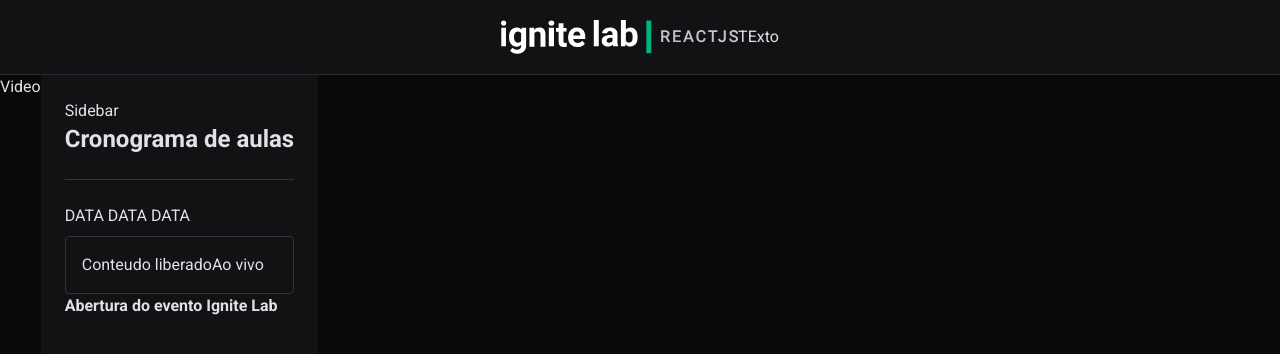
Repository: weltergab/Event_Plataform-IgniteLab
Page: /
An editor plug-in stored every save of this project. The page is shown before and after the next save, followed by the edit.
The browser window is 1280 px wide. The pictures show the whole page.
The page's requests for data from a server got no answer. The project was rebuilt for these pictures with package versions that can differ from the ones it lists, and the page was loaded fresh each time. No one was signed in, and anything a server would have sent is missing. Also part of the build but not shown: vite.config.ts.

Above is the page before, as saved 2022-06-24 16:54:09.

### index.html
<!DOCTYPE html>
<html lang="en">

<head>
  <meta charset="UTF-8" />
  <link rel="icon" type="image/svg+xml" href="/src/favicon.svg" />
  <meta name="viewport" content="width=device-width, initial-scale=1.0" />

  <link rel="preconnect" href="https://fonts.googleapis.com" />
  <link rel="preconnect" href="https://fonts.gstatic.com" crossorigin />
  <link href="https://fonts.googleapis.com/css2?family=Roboto:wght@400;500;700&display=swap" rel="stylesheet" />

  <title>Event Plataform</title>
</head>

<body>
  <div id="root"></div>
  <script type="module" src="/src/main.tsx"></script>
</body>

</html>

### src/main.tsx
import { ApolloProvider } from '@apollo/client'
import React from 'react'
import ReactDOM from 'react-dom/client'
import App from './App'
import { client } from './lib/apollo';

import './styles/global.css'

ReactDOM.createRoot(document.getElementById('root')!).render(
  <ApolloProvider client={client}>
    <React.StrictMode>
    <App />
    </React.StrictMode>
  </ApolloProvider>

)

### src/App.tsx
import { gql, useQuery } from '@apollo/client'
import { useState } from 'react'

import { Event } from './pages/Event'


const GET_LESSONS_QUERY = gql`
  query {
    lessons {
      id
      title
    }

  }
`




function App() {
  const { data } = useQuery(GET_LESSONS_QUERY)

  console.log(data);





  const [count, setCount] = useState(0)

  return (
    <div className="All">
      <Event />
    </div>

  )
}

export default App

### src/lib/apollo.ts
import { ApolloClient, InMemoryCache } from "@apollo/client";

export const client = new ApolloClient({
    uri: 'https://api-sa-east-1.graphcms.com/v2/cl4pywx0h2kp101xtf4npbpzl/master',
    cache: new InMemoryCache()
})

### src/pages/Event.tsx
import { Header } from "../components/Header";
import { Sidebar } from "../components/Sidebar";
import { Video } from "../components/Video";

export function Event() {
    return (
        <div className="flex flex-col min-h-screen">
            <Header />
            <main className="flex flex-1">
                <Video />
                <Sidebar />
            </main>
        </div>
    )
}

### src/components/Header.tsx
import { Logo } from "./Logo";

export function Header(){
    return (
        <header className="w-full py-5 flex items-center justify-center bg-gray-700 border-b border-gray-600">
            <Logo />
            TExto
        </header>
    )
}

### src/components/Sidebar.tsx
import { Lesson } from "./Lesson";

export function Sidebar() {
    return (
        <aside className="w-[348] bg-gray-700 p-6 border-1 border-gray-600">
            <h1>Sidebar</h1>
            <span className="font-bold text-2xl pb-6 mb-6 border-b border-gray-500 block">
                Cronograma de aulas
            </span>
            <div className="flex flex-col gab-8">
                <Lesson />
            </div>
        </aside>
    )
}

### src/components/Video.tsx
export function Video(){
    return (
        <h1>Video</h1>
    )
}

### src/components/Logo.tsx
export function Logo() {
  return (
    <svg
      xmlns="http://www.w3.org/2000/svg"
      width="237"
      height="34"
      fill="none"
      viewBox="0 0 237 34"
    >
      <path
        fill="#fff"
        d="M.002 3.112a2.49 2.49 0 01.165-.987c.12-.314.304-.595.535-.83A2.906 2.906 0 012.615.572c.698 0 1.374.257 1.912.723.23.24.412.524.536.837a2.701 2.701 0 010 1.979 2.568 2.568 0 01-.536.837 2.889 2.889 0 01-1.907.723 2.901 2.901 0 01-1.908-.723 2.458 2.458 0 01-.538-.84 2.645 2.645 0 01-.172-.996zm4.96 23.146H.273V7.862h4.689v18.397zM8.012 16.973c0-2.853.686-5.145 2.055-6.883a6.653 6.653 0 015.528-2.606 5.869 5.869 0 014.802 2.09l.2-1.751h4.538v17.95a7.891 7.891 0 01-1.12 4.246 7.243 7.243 0 01-3.147 2.752 11.155 11.155 0 01-4.742.94c-1.378 0-2.74-.279-4.008-.812a7.08 7.08 0 01-2.946-2.11l2.208-3.02a5.905 5.905 0 004.543 2.08 4.356 4.356 0 003.104-1.059 3.938 3.938 0 001.103-2.993v-.994a5.775 5.775 0 01-4.555 1.935 6.647 6.647 0 01-3.05-.652 6.615 6.615 0 01-2.408-1.967c-1.397-1.752-2.085-4.089-2.085-6.942v-.21h-.025l.005.006zm4.997.355a6.723 6.723 0 001.026 3.956 3.233 3.233 0 002.799 1.443c.651.045 1.3-.088 1.878-.39a3.52 3.52 0 001.396-1.305v-7.825a3.448 3.448 0 00-1.374-1.305 3.504 3.504 0 00-1.86-.39 3.28 3.28 0 00-1.61.365 3.22 3.22 0 00-1.219 1.103c-.688.975-1.036 2.418-1.036 4.348zM33.098 7.833l.158 2.196a6.527 6.527 0 012.371-1.927 6.38 6.38 0 012.971-.62c1.97 0 3.438.597 4.39 1.79.953 1.194 1.456 2.936 1.486 5.293v12.249h-4.962V14.683a3.367 3.367 0 00-.684-2.344 3.086 3.086 0 00-1.069-.598 3.008 3.008 0 00-1.211-.13 3.349 3.349 0 00-1.821.454c-.553.32-1.01.794-1.313 1.367v13.37H28.45V7.845l4.647-.012zM47.512 3.112a2.304 2.304 0 01.185-.988 2.42 2.42 0 01.59-.831A3.439 3.439 0 0150.404.57c.772 0 1.52.256 2.117.723.508.486.792 1.142.792 1.826 0 .683-.284 1.34-.792 1.826a3.417 3.417 0 01-2.11.723c-.77 0-1.517-.257-2.11-.723a2.47 2.47 0 01-.594-.839 2.342 2.342 0 01-.19-.994h-.005zm5.483 23.149h-5.18V7.86h5.18v18.4zM62.454 3.334v4.612h3.107v3.677h-3.107v9.382c-.05.53.091 1.063.395 1.495a1.824 1.824 0 001.473.45c.476.002.95-.035 1.421-.114v3.803a9.672 9.672 0 01-2.939.449c-3.398 0-5.128-1.775-5.19-5.32V11.644h-2.642V7.968h2.643V3.356h4.841v-.025l-.002.003zM76.487 27.08a9.277 9.277 0 01-6.759-2.55c-1.74-1.699-2.605-3.957-2.605-6.797v-.494a11.295 11.295 0 011.098-5.08 8.141 8.141 0 013.111-3.465 8.72 8.72 0 014.59-1.22c2.577 0 4.62.815 6.098 2.449 1.478 1.633 2.226 3.94 2.226 6.929v2.055h-12.01a4.665 4.665 0 001.473 2.971 4.487 4.487 0 003.111 1.111 5.426 5.426 0 004.548-2.115l2.476 2.781a7.506 7.506 0 01-3.07 2.507 9.81 9.81 0 01-4.287.916v.002zm-.594-15.514a3.127 3.127 0 00-2.428 1.012 5.405 5.405 0 00-1.188 2.912h7.006v-.405a3.749 3.749 0 00-.908-2.608 3.252 3.252 0 00-2.45-.908h-.03l-.002-.003zM97.771 26.259h-4.957V0h4.957V26.26zM112.209 26.259c-.227-.444-.392-.997-.496-1.659-1.196 1.333-2.751 2.002-4.666 2.002-1.811 0-3.314-.523-4.504-1.572-1.191-1.049-1.786-2.372-1.786-3.966 0-1.96.725-3.464 2.179-4.513 1.453-1.049 3.553-1.58 6.3-1.59h2.273v-1.06c0-.854-.22-1.54-.659-2.051-.44-.513-1.131-.77-2.078-.77-.832 0-1.486.2-1.957.6-.474.4-.708.945-.708 1.64h-4.941c0-1.07.331-2.062.992-2.973.662-.91 1.597-1.626 2.804-2.144 1.206-.518 2.564-.778 4.069-.778 2.28 0 4.089.573 5.429 1.718 1.34 1.145 2.009 2.756 2.009 4.83v8.017c.012 1.754.256 3.082.735 3.983v.29h-4.992l-.003-.004zm-4.086-3.435c.728 0 1.402-.163 2.016-.486.614-.326 1.071-.76 1.367-1.308v-3.181h-1.846c-2.472 0-3.79.854-3.948 2.564l-.017.291c0 .614.217 1.123.649 1.523.434.4 1.026.6 1.779.6v-.003zM136.58 17.183c0 2.963-.632 5.273-1.898 6.931-1.265 1.659-3.032 2.488-5.3 2.488-2.006 0-3.608-.77-4.805-2.308l-.222 1.967h-4.444V.001h4.94v9.418c1.14-1.332 2.638-2 4.496-2 2.256 0 4.025.828 5.308 2.487 1.283 1.658 1.923 3.992 1.923 7v.274l.002.003zm-4.94-.358c0-1.868-.296-3.233-.889-4.094-.592-.861-1.475-1.29-2.65-1.29-1.572 0-2.655.643-3.247 1.932v7.299c.604 1.298 1.697 1.95 3.282 1.95 1.584 0 2.643-.788 3.146-2.36.239-.752.358-1.897.358-3.437z"
      ></path>
      <path
        fill="#C4C4CC"
        d="M164.51 17.501h-2.283v4.53h-2.048v-11.78h4.143c1.36 0 2.408.306 3.149.915.74.61 1.108 1.493 1.108 2.648 0 .787-.19 1.449-.57 1.98-.38.532-.911.94-1.59 1.226l2.646 4.906v.106h-2.194l-2.364-4.531h.003zm-2.283-1.65h2.105c.691 0 1.229-.176 1.619-.524.39-.348.582-.824.582-1.429 0-.604-.18-1.12-.538-1.466-.358-.345-.893-.523-1.606-.533h-2.162V15.85zM179.066 16.773h-4.839v3.625h5.656v1.634h-7.704V10.25h7.648v1.65h-5.6v3.253h4.839v1.62zM189.803 19.29h-4.565l-.955 2.744h-2.127l4.452-11.783h1.836l4.459 11.783h-2.137l-.963-2.744zm-3.99-1.65h3.415l-1.707-4.89-1.708 4.89zM204.716 18.197c-.119 1.256-.583 2.238-1.392 2.941-.81.703-1.885 1.056-3.228 1.056-.938 0-1.764-.222-2.48-.668-.715-.445-1.266-1.079-1.656-1.898-.387-.82-.589-1.772-.607-2.858v-1.1c0-1.11.198-2.09.59-2.937.392-.846.96-1.5 1.695-1.96.736-.458 1.587-.688 2.554-.688 1.301 0 2.347.353 3.139 1.057.792.703 1.254 1.7 1.385 2.99h-2.039c-.096-.846-.343-1.458-.74-1.833-.397-.375-.977-.563-1.745-.563-.89 0-1.574.326-2.05.977-.479.652-.721 1.605-.733 2.863v1.044c0 1.273.227 2.245.683 2.917.457.668 1.123 1.004 2.004 1.004.805 0 1.409-.18 1.814-.543.405-.363.661-.962.77-1.804h2.038l-.002.003zM216.481 11.902h-3.674v10.132h-2.031V11.902h-3.642V10.25h9.347v1.65zM222.759 10.251h2.039v8.262c0 1.127-.353 2.023-1.057 2.687-.703.664-1.633.995-2.788.995-1.229 0-2.179-.311-2.848-.93-.669-.62-1.004-1.484-1.004-2.59h2.038c0 .627.156 1.096.467 1.412.31.316.76.474 1.347.474.55 0 .989-.183 1.315-.545.326-.366.489-.867.489-1.51V10.25h.002zM234.952 18.999c0-.518-.183-.918-.545-1.197-.363-.279-1.022-.563-1.972-.849-.95-.286-1.705-.604-2.265-.955-1.074-.674-1.612-1.555-1.612-2.638 0-.95.388-1.732 1.163-2.347.774-.614 1.779-.922 3.015-.922.819 0 1.55.15 2.194.454a3.597 3.597 0 011.513 1.29c.367.558.55 1.177.55 1.858h-2.038c0-.614-.193-1.095-.578-1.443-.385-.348-.938-.524-1.656-.524-.668 0-1.189.144-1.557.43-.37.286-.555.686-.555 1.197 0 .432.2.792.6 1.08.399.29 1.056.57 1.974.842.918.271 1.653.582 2.208.93.556.348.963.748 1.222 1.197.259.452.387.977.387 1.582 0 .982-.375 1.762-1.127 2.342-.753.58-1.775.87-3.063.87a5.755 5.755 0 01-2.352-.473c-.715-.316-1.27-.75-1.668-1.308-.397-.555-.594-1.204-.594-1.942h2.048c0 .669.222 1.187.664 1.555.441.367 1.075.55 1.902.55.713 0 1.246-.143 1.607-.432.357-.288.538-.671.538-1.145l-.003-.002z"
      ></path>
      <path fill="#00B37E" d="M150.271 33.146h-4.958V.57h4.958v32.576z"></path>
    </svg>
  );
}

### src/components/Lesson.tsx
export function Lesson() {
    return (
        <a href="#">
            <span>
                DATA DATA DATA
            </span>

            <div className="rounded border border-gray-500 p-4 mt-2">
                <header>
                    <span>
                        Conteudo liberado
                    </span>
                    <span>
                        Ao vivo
                    </span>
                </header>
            </div>
            <strong>
                Abertura do evento Ignite Lab
            </strong>
        </a>

    )
}

Loaded but not shown: src/styles/global.css (common file); tailwind.config.js (common file)

After the next save:
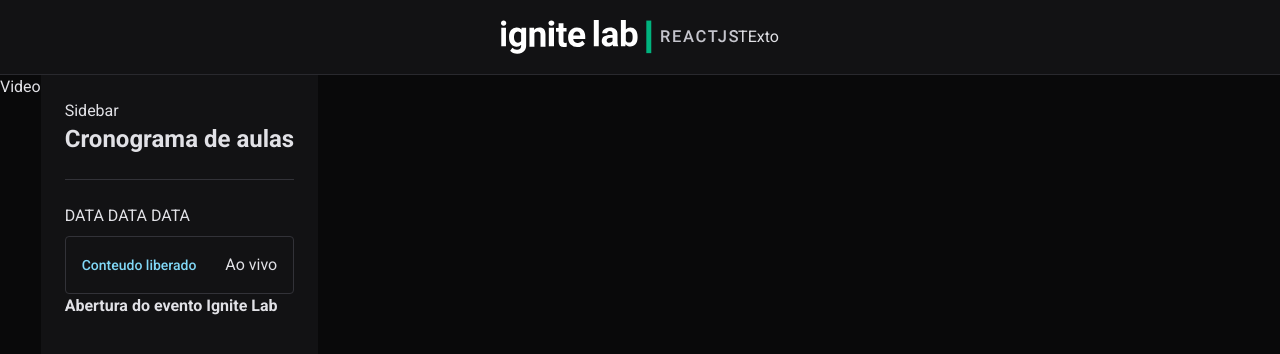
Saved 2 min 27 s later.
--- a/src/components/Lesson.tsx
+++ b/src/components/Lesson.tsx
@@ -6,8 +6,8 @@
             </span>
 
             <div className="rounded border border-gray-500 p-4 mt-2">
-                <header>
-                    <span>
+                <header className="flex items-center justify-between">
+                    <span className="text-sm text-blue-500 font-medium">
                         Conteudo liberado
                     </span>
                     <span>
